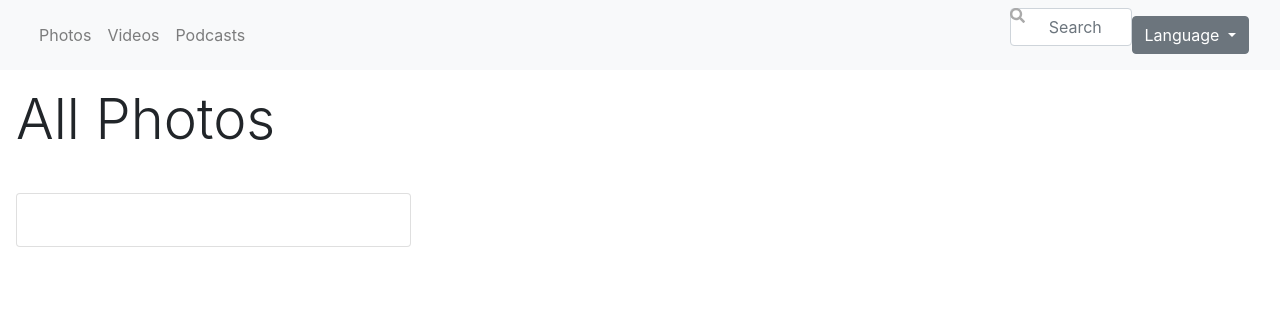
Repository: AlisaSkryp/photoblog
Page: index.html
An editor plug-in stored every save of this project. The page is shown before and after a run of saves, followed by the edit.
The browser window is 1280 px wide. The pictures show the whole page.
Some web libraries are served in a nearby version.

Above is the page before, as saved 2023-04-09 20:20:35.

### index.html
<!DOCTYPE html>
<html lang="en">
<head>
	<meta charset="utf-8">
	<meta name="viewport" content="width=device-width, initial-scale=1">
	<title>Complete Bootstrap 4 Website Layout</title>
	<link rel="stylesheet" href="https://maxcdn.bootstrapcdn.com/bootstrap/4.0.0/css/bootstrap.min.css">
	<script src="https://ajax.googleapis.com/ajax/libs/jquery/3.3.1/jquery.min.js"></script>
	<script src="https://cdnjs.cloudflare.com/ajax/libs/popper.js/1.12.9/umd/popper.min.js"></script>
	<script src="https://maxcdn.bootstrapcdn.com/bootstrap/4.0.0/js/bootstrap.min.js"></script>
	<script src="https://use.fontawesome.com/releases/v5.0.8/js/all.js"></script>
	<link href="style.css" rel="stylesheet">
</head>
<body>

<!-- Navigation -->
<nav class="navbar navbar-expand-md navbar-light bg-light sticky-top">
 <div class="container-fluid">
  <button class="navbar-toggler" type="button" data-toggle="collapse" data-target="#navbarResponsive">
		<span class="navbar-toggler-icon"></span>
	</button>
	<div class="collapse navbar-collapse" id="navbarResponsive">
		<ul class="navbar-nav">
			<li class="nav-item">
			  <a class="nav-link" href="#">Photos</a>
			</li>
			<li class="nav-item">
			  <a class="nav-link" href="#">Videos</a>
			</li>
			<li class="nav-item">
			  <a class="nav-link" href="#">Podcasts</a>
			</li>
		</ul>
	</div>
	<div class="search-container">
	 <div class="form-group has-search">
    <span class="fa fa-search form-control-feedback"></span>
    <input type="text" class="form-control" placeholder="Search">
   </div>
	</div>
	<div class="dropdown">
		<button class="btn btn-secondary dropdown-toggle" type="button" id="dropdownMenuButton" data-toggle="dropdown" aria-haspopup="true" aria-expanded="false">
			Language
		</button>
		<div class="dropdown-menu" aria-labelledby="dropdownMenuButton">
			<a class="dropdown-item" href="#">English</a>
			<a class="dropdown-item" href="#">Spanish</a>
			<a class="dropdown-item" href="#">French</a>
		</div>
	</div>

 </div>
</nav>

<!--- Image Slider -->


<!--- Jumbotron -->


<!--- Welcome Section -->


<!--- Three Column Section -->


<!--- Two Column Section -->


<!--- Fixed background -->


<!--- Emoji Section -->


<!--- Meet the team -->
<div class="container-fluid padding">
	<div class="row welcome text-left">
		<div class="col-12">
			<h1 class="display-4">All Photos</h1>
		</div>
	</div>
</div>

<!--- Cards -->
<div class="container-fluid padding">
	<div class="row padding">
		<div class="col-md-4">
			<div class="card">
				<img class="card-img-top" src="">
				<div class="card-body">
					<h4 class="card-title"></h4>
					<p class="card-text"></p>
				</div>
			</div>
		</div>
	</div>
</div>

<!--- Two Column Section -->


<!--- Connect -->


<!--- Footer -->




</body>
</html>

### style.css
@import url('https://fonts.googleapis.com/css?family=Poppins:400,500,700');











/*---Media Queries --*/
@media (max-width: 992px) {

  }
@media (max-width: 768px) {

}
@media (max-width: 576px) {

}

.search-container {
	width: 10%;
	margin: 0px auto;
}
.has-search .form-control {
	padding-left: 2.375rem;
}

.has-search .form-control-feedback {
	position: absolute;
	z-index: 2;
	display: block;
	width: 15px;
	height: 15px;
	line-height: 15px;
	text-align: center;
	pointer-events: none;
	color: #aaa;
}
/*---Firefox Bug Fix --*/
.carousel-item {
  transition: -webkit-transform 0.5s ease;
  transition: transform 0.5s ease;
  transition: transform 0.5s ease, -webkit-transform 0.5s ease;
  -webkit-backface-visibility: visible;
  backface-visibility: visible;
}
/*--- Fixed Background Image --*/
figure {
  position: relative;
  width: 100%;
  height: 60%;
  margin: 0!important;
}
.fixed-wrap {
  clip: rect(0, auto, auto, 0);
  position: absolute;
  top: 0;
  left: 0;
  width: 100%;
  height: 100%;
}
#fixed {
  background-image: url('img/mac.png');
  position: fixed;
  display: block;
  top: 0;
  left: 0;
  width: 100%;
  height: 100%;
  background-size: cover;
  background-position: center center;
  -webkit-transform: translateZ(0);
          transform: translateZ(0);
  will-change: transform;
}
/*--- Bootstrap Padding Fix --*/
[class*="col-"] {
    padding: 1rem;
}





/*
Extra small (xs) devices (portrait phones, less than 576px)
No media query since this is the default in Bootstrap

Small (sm) devices (landscape phones, 576px and up)
@media (min-width: 576px) { ... }

Medium (md) devices (tablets, 768px and up)
@media (min-width: 768px) { ... }

Large (lg) devices (desktops, 992px and up)
@media (min-width: 992px) { ... }

Extra (xl) large devices (large desktops, 1200px and up)
@media (min-width: 1200px) { ... }
*/

After the next 2 saves:
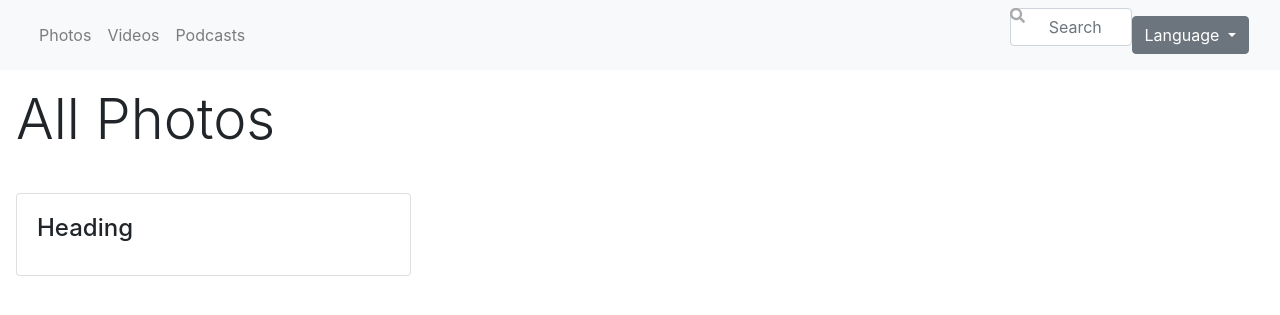
The 2 saves are shown as one change because they came seconds apart.
The last was saved 20 s later.
--- a/index.html
+++ b/index.html
@@ -89,7 +89,7 @@
 			<div class="card">
 				<img class="card-img-top" src="">
 				<div class="card-body">
-					<h4 class="card-title"></h4>
+					<h4 class="card-title">Heading</h4>
 					<p class="card-text"></p>
 				</div>
 			</div>
